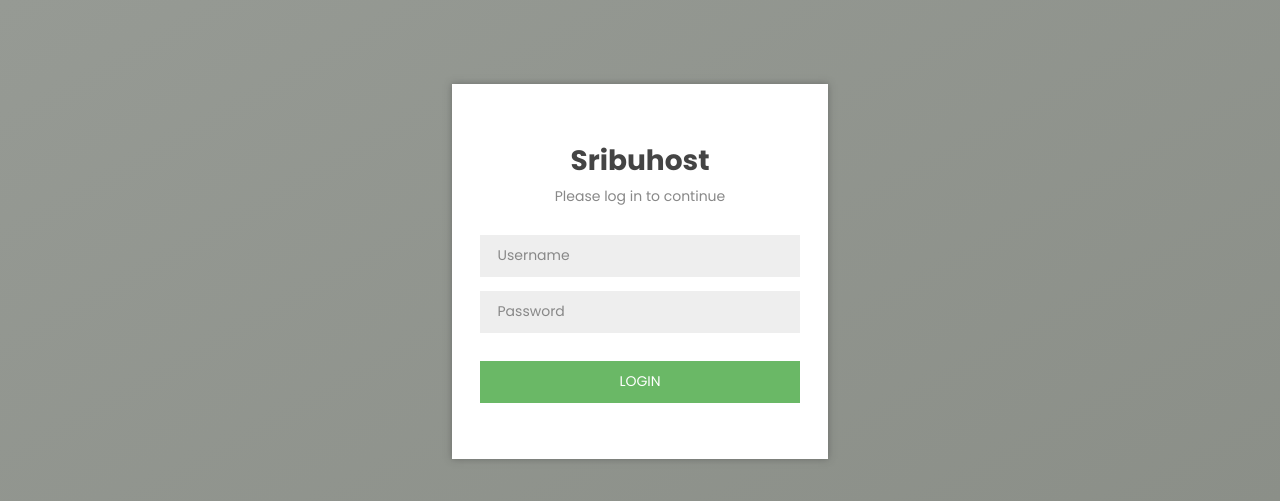
Repository: laurentbul/ApplicationEssai
Page: http://localhost/
These files come from the project's save history. The page is drawn as it stood at one moment and after the next save; the edit follows.
The browser window is 1280 px wide. The pictures show the whole page.
The pointer rests on the first visible `.form__button`.
The page is run by PHP 8.4 with error messages shown; the project is at /var/www/html/.

Above is the page before, as saved 2023-04-13 07:05:10.

### crud2/index.php
<?php

session_start();

if (isset($_SESSION['name'])) {
  header('location: ./home.php');
  exit;
}

?>

<!DOCTYPE html>
<html lang="en">

<head>
  <meta charset="UTF-8" />
  <meta http-equiv="X-UA-Compatible" content="IE=edge" />
  <meta name="viewport" content="width=device-width, initial-scale=1.0" />
  <title>Login Form PHP MySQL With Session - Sribuhost</title>

  <link rel="stylesheet" href="./style.css" />
</head>

<body>
  <div class="container">
    <div class="box">
      <h1 class="box__title">Sribuhost</h1>
      <p class="box__subtitle">Please log in to continue</p>
      <?php if (isset($_SESSION['login_failed'])) : ?>
        <div class="alert">
          Incorrect username or password!
        </div>
      <?php
        unset($_SESSION['login_failed']);
      endif;
      ?>
      <form action="./auth.php" method="post" class="form">
        <input type="text" class="form__input" placeholder="Username" name="username" required />
        <input type="password" class="form__input" placeholder="Password" name="password" required />
        <button class="form__button" type="submit" name="submit">LOGIN</button>
      </form>
    </div>
  </div>
</body>

</html>

### crud2/style.css
@import url("https://fonts.googleapis.com/css2?family=Poppins:wght@400;700&display=swap");

html {
  font-family: "Poppins", sans-serif;
  font-size: 14px;
}

body {
  background-image: linear-gradient(to bottom right, #969a94, #898d86);
  color: #444;
  margin: 0;
  min-height: 100vh;
  padding: 0;
}

.container {
  padding: 6rem 0;
}

.box {
  background-color: #fff;
  box-shadow: 0 0 0.5rem rgba(68, 68, 68, 0.5);
  margin: 0 auto;
  padding: 4rem 2rem;
  text-align: center;
  width: 25%;
}

.box__title {
  margin: 0 0 0.25rem;
}

.box__subtitle {
  color: #888;
  margin: 0 0 2rem;
}

.form {
  display: flex;
  flex-direction: column;
  gap: 1rem;
}

.form__input {
  background-color: #eee;
  border: none;
  color: inherit;
  font-family: inherit;
  font-size: 1rem;
  padding: 0.75rem 1.25rem;
}

.form__input::placeholder {
  color: #888;
}

.form__button {
  background-color: #e21717;
  border: none;
  color: #fff;
  cursor: pointer;
  font-family: inherit;
  font-size: 1rem;
  margin-top: 1rem;
  padding: 0.75rem 2rem;
  transition: all 0.15s;
}

.form__button:hover {
  background-color: rgba(85, 174, 80, 0.875);
}

.information {
  color: #fff;
  text-align: center;
}

.information__title {
  margin: 0 0 2rem;
}

.information__button {
  background-color: #ae5050;
  border: none;
  color: #fff;
  cursor: pointer;
  font-family: inherit;
  font-size: 1rem;
  margin-top: 1rem;
  padding: 0.75rem 2rem;
  text-decoration: none;
  transition: all 0.15s;
}

.information__button:hover {
  background-color: rgba(174, 80, 80, 0.875);
}

.alert {
  background-color: #ae5050;
  color: #fff;
  margin-bottom: 2rem;
  padding: 0.75rem 2rem;
}

After the next save:
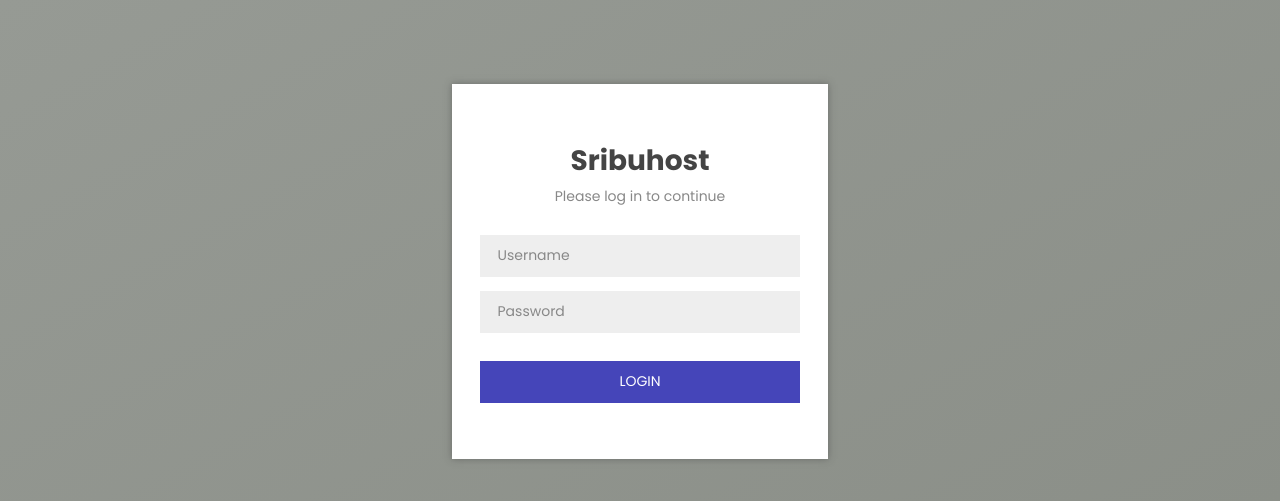
Saved 39 s later.
--- a/crud2/style.css
+++ b/crud2/style.css
@@ -67,7 +67,7 @@ body {
 }
 
 .form__button:hover {
-  background-color: rgba(85, 174, 80, 0.875);
+  background-color: rgba(43, 43, 175, 0.875);
 }
 
 .information {
